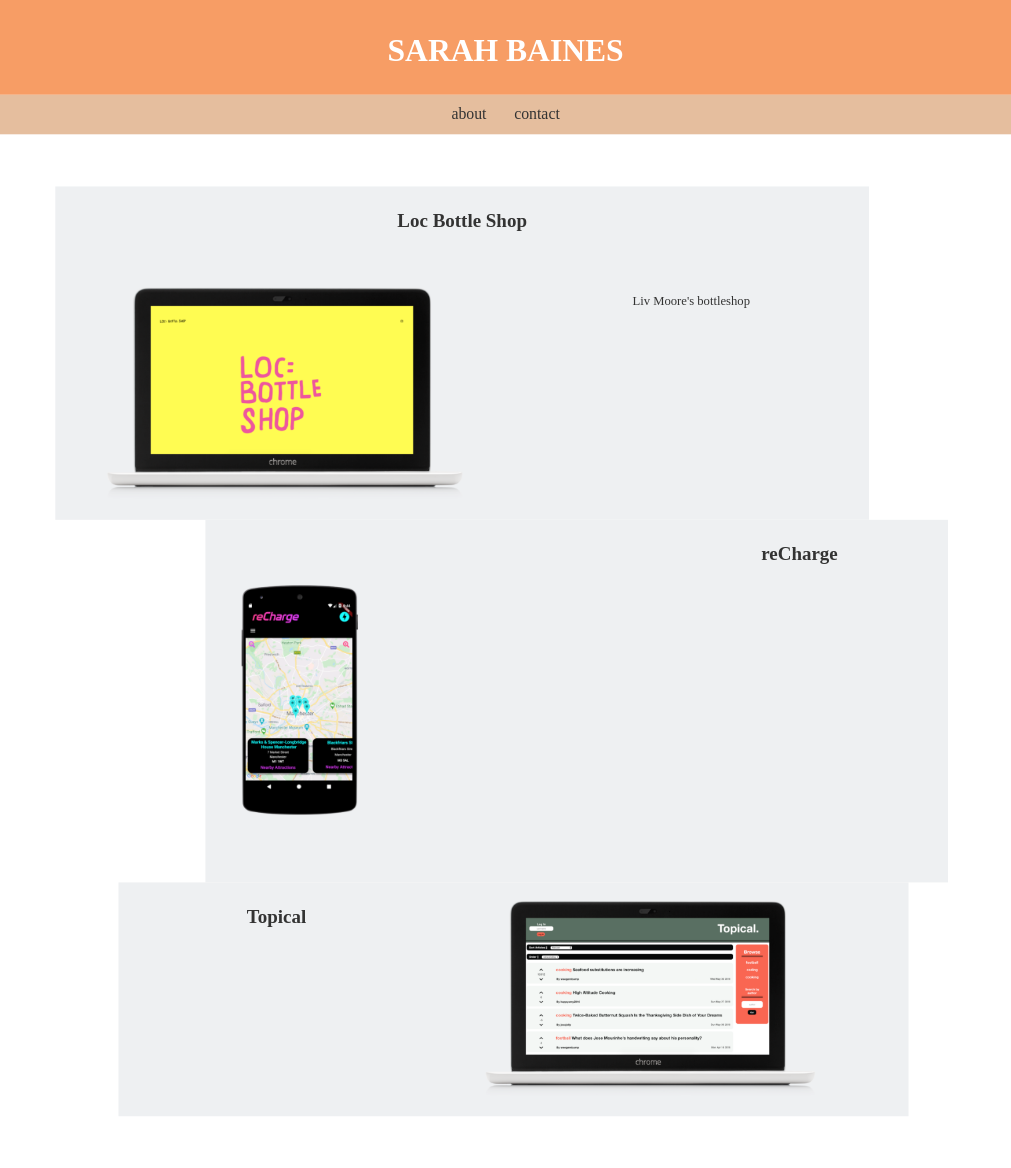
Repository: bainesface/bainesface.github.io
Page: index.html
The author's editor kept a copy of each file at every save. The page is drawn from the files as they stood at one save, then again after the next save.
The browser window is 1280 px wide. The pictures show the whole page, at 79% of full size.

Above is the page before, as saved 2020-04-27 17:10:36.

After the next save:
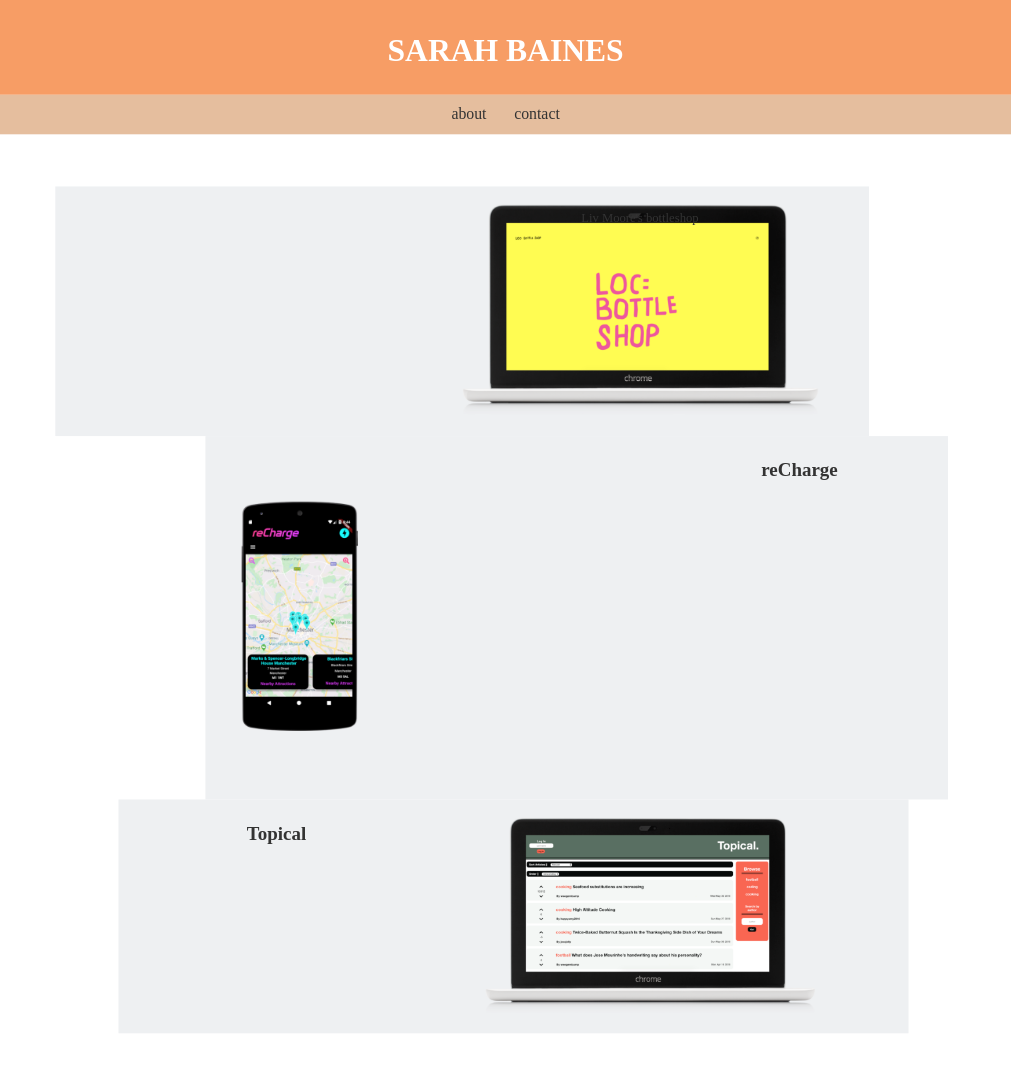
Saved 33 s later.
--- a/index.css
+++ b/index.css
@@ -68,7 +68,7 @@
   grid-template-areas:
     'title title '
     'image desc'
-    'image desc';
+    '  desc';
 }
 
 .list-item2 {

After the 2 saves that followed:
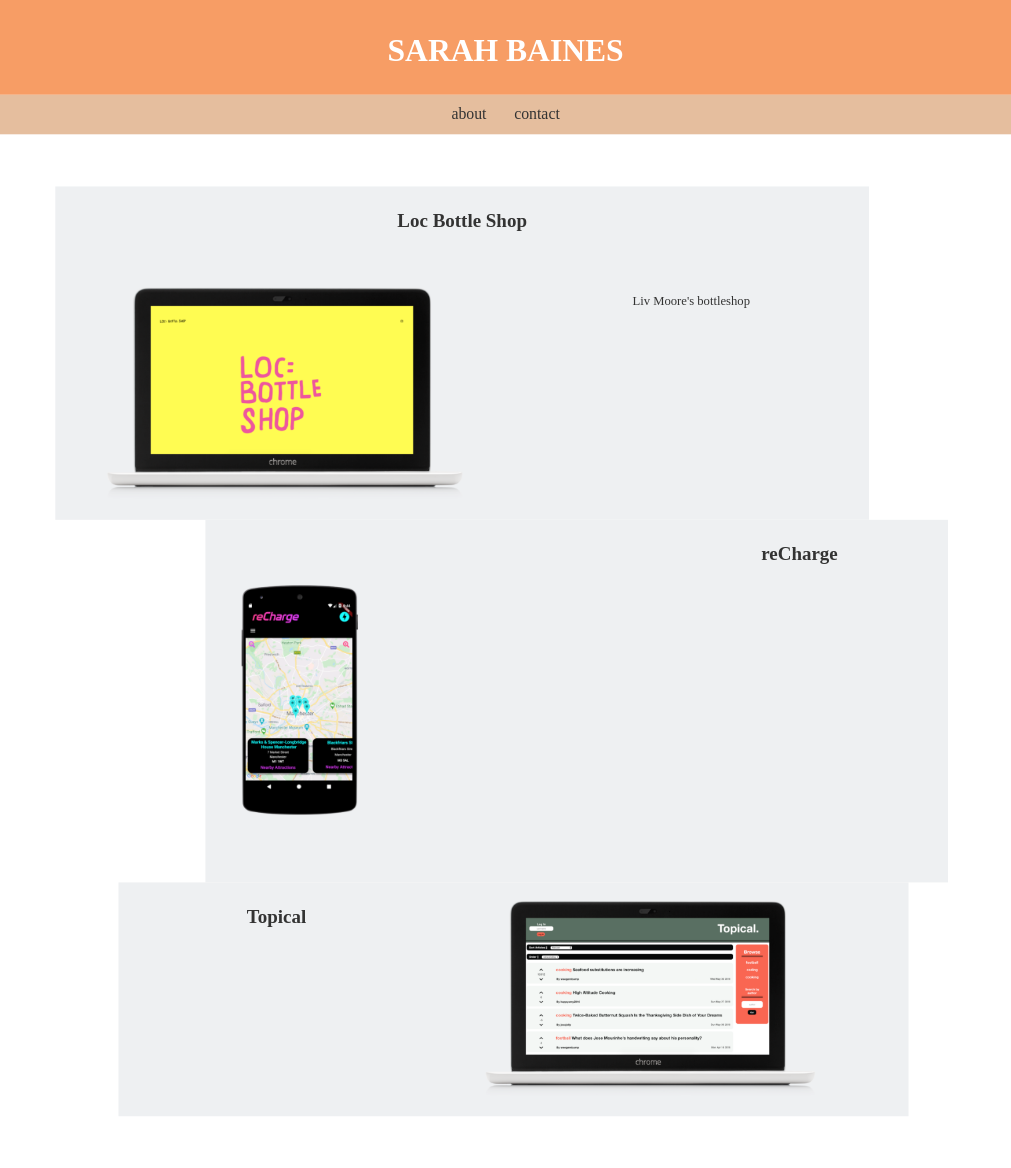
The 2 saves are shown as one change because they came seconds apart.
The last was saved 9 s later.
--- a/index.css
+++ b/index.css
@@ -68,7 +68,7 @@
   grid-template-areas:
     'title title '
     'image desc'
-    '  desc';
+    'image desc';
 }
 
 .list-item2 {
